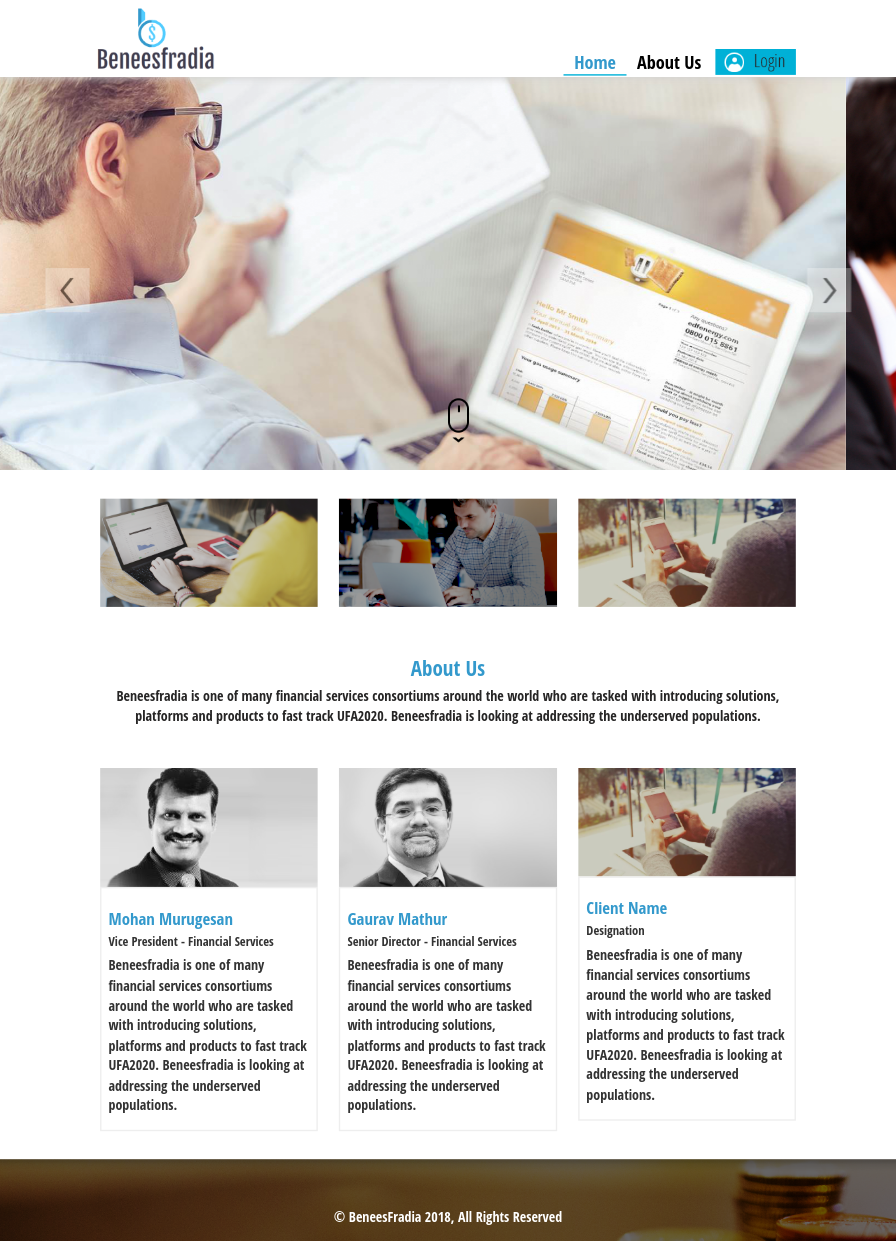
Repository: intkhabahmed/AcceleratedBootcampWebsites
Page: http://localhost/BeneesFradia/UI/index.jsp
An editor plug-in stored every save of this project. The page is shown before and after a run of saves, followed by the edit.
The browser window is 1280 px wide. The pictures show the whole page, at 70% of full size.
Some web fonts or font styles are not loaded; a fallback is used. The page is served by Tomcat 9. Nobody is signed in. The application's start-up code is not run.

Above is the page before, as saved 2018-02-13 08:06:22.

After the next 2 saves:
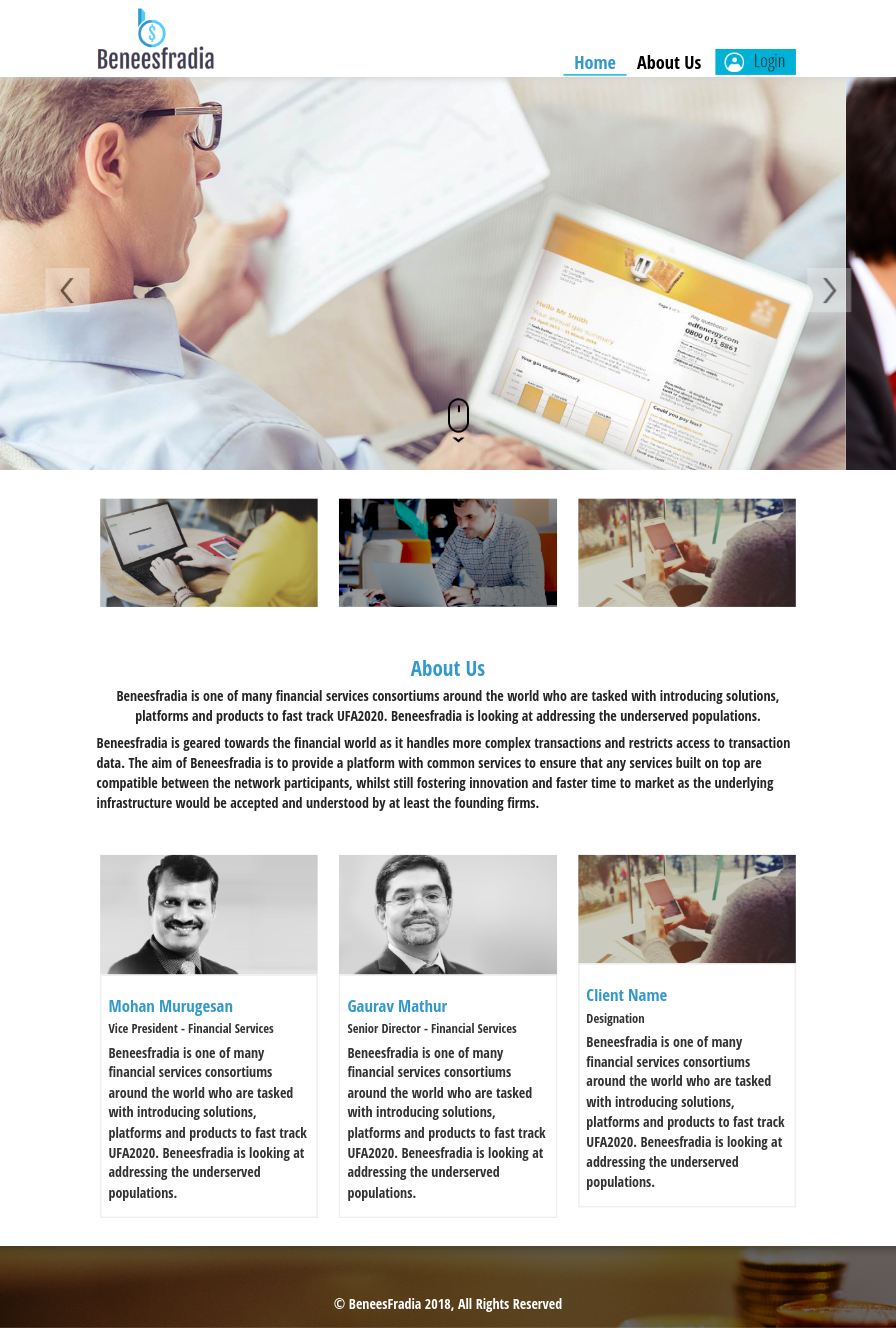
The 2 saves are shown as one change because they came seconds apart.
The last was saved 108 s later.
--- a/BeneesFradia/WebContent/UI/index.jsp
+++ b/BeneesFradia/WebContent/UI/index.jsp
@@ -81,6 +81,14 @@
 					consortiums around the world who are tasked with introducing
 					solutions, platforms and products to fast track UFA2020.
 					Beneesfradia is looking at addressing the underserved populations.</p>
+				<p>Beneesfradia is geared towards the financial world as it
+					handles more complex transactions and restricts access to
+					transaction data. The aim of Beneesfradia is to provide a platform
+					with common services to ensure that any services built on top are
+					compatible between the network participants, whilst still fostering
+					innovation and faster time to market as the underlying
+					infrastructure would be accepted and understood by at least the
+					founding firms.</p>
 			</div>
 			<!--end aboutus-->
 		</div>
@@ -94,10 +102,10 @@
 				<div class="client_desc">
 					<h3>Mohan Murugesan</h3>
 					<h4>Vice President - Financial Services</h4>
-					<p>Beneesfradia is one of many financial services
-					consortiums around the world who are tasked with introducing
-					solutions, platforms and products to fast track UFA2020.
-					Beneesfradia is looking at addressing the underserved populations.</p>
+					<p>Beneesfradia is one of many financial services consortiums
+						around the world who are tasked with introducing solutions,
+						platforms and products to fast track UFA2020. Beneesfradia is
+						looking at addressing the underserved populations.</p>
 				</div>
 			</div>
 			<div class="col-sm-4">
@@ -108,24 +116,24 @@
 				<div class="client_desc">
 					<h3>Gaurav Mathur</h3>
 					<h4>Senior Director - Financial Services</h4>
-					<p>Beneesfradia is one of many financial services
-					consortiums around the world who are tasked with introducing
-					solutions, platforms and products to fast track UFA2020.
-					Beneesfradia is looking at addressing the underserved populations.</p>
-				</div>
-			</div>
-			<div class="col-sm-4">
-				<div class="img-container">
-					<img src="images/contact.png"
-						alt="ContactUs" class="img img-responsive">
+					<p>Beneesfradia is one of many financial services consortiums
+						around the world who are tasked with introducing solutions,
+						platforms and products to fast track UFA2020. Beneesfradia is
+						looking at addressing the underserved populations.</p>
+				</div>
+			</div>
+			<div class="col-sm-4">
+				<div class="img-container">
+					<img src="images/contact.png" alt="ContactUs"
+						class="img img-responsive">
 				</div>
 				<div class="client_desc">
 					<h3>Client Name</h3>
 					<h4>Designation</h4>
-					<p>Beneesfradia is one of many financial services
-					consortiums around the world who are tasked with introducing
-					solutions, platforms and products to fast track UFA2020.
-					Beneesfradia is looking at addressing the underserved populations.</p>
+					<p>Beneesfradia is one of many financial services consortiums
+						around the world who are tasked with introducing solutions,
+						platforms and products to fast track UFA2020. Beneesfradia is
+						looking at addressing the underserved populations.</p>
 				</div>
 			</div>
 		</div>
@@ -184,8 +192,10 @@
 
 			</div>
 			<div class="form-group">
-				<h4 id="forgotPass"><a href="#" class="pull-left">Forgot Password?</a></h4> <input
-					type="submit" name="login_btn" id="login_btn" value="Login"
+				<h4 id="forgotPass">
+					<a href="#" class="pull-left">Forgot Password?</a>
+				</h4>
+				<input type="submit" name="login_btn" id="login_btn" value="Login"
 					class="pull-right btn btn-default" />
 			</div>
 		</form>
